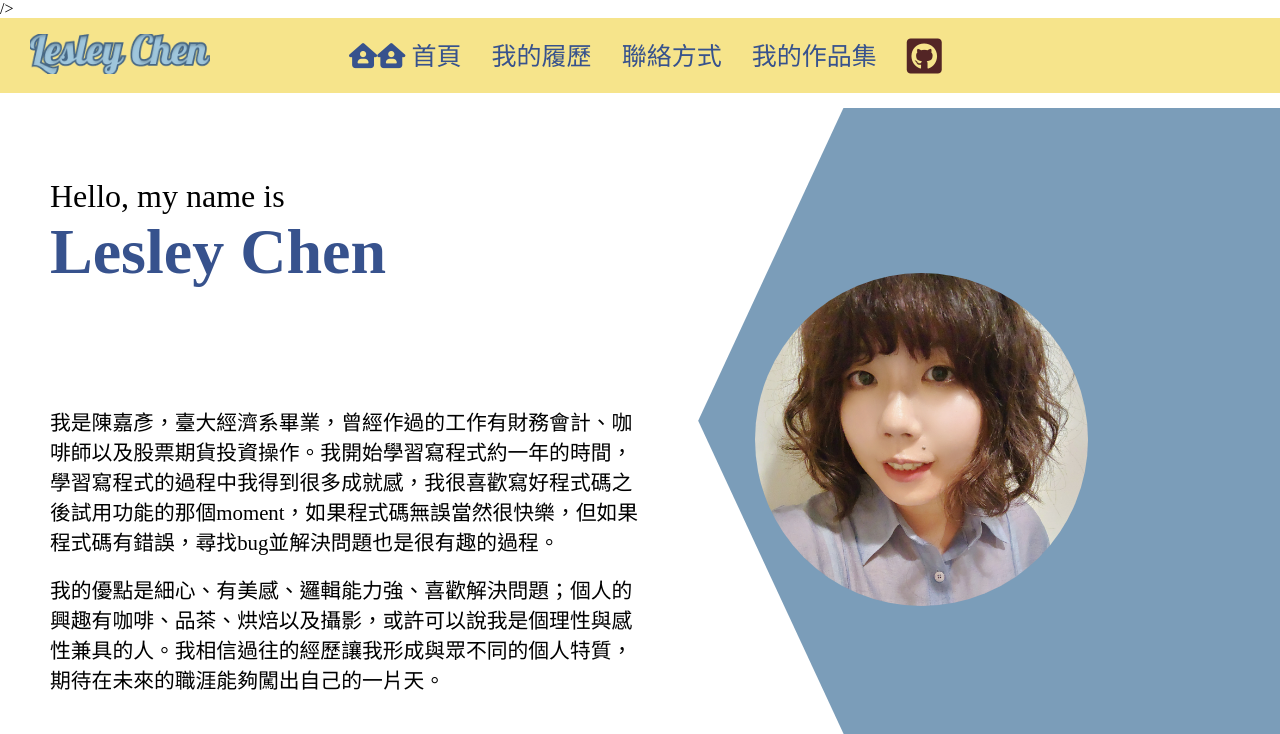
Repository: lcjyc/portfolio-website
Page: /
These files come from the project's save history. The page is drawn as it stood at one moment and after the next save; the edit follows.
The browser window is 1280 px wide. The pictures show the whole page.
Some web libraries are served in a nearby version. The project was rebuilt for these pictures with package versions that can differ from the ones it lists, and the page was loaded fresh each time. Also part of the build but not shown: src/pages/resume/resume.css, src/pages/resume/Resume.jsx, src/pages/contact/contact.css, src/pages/contact/Contact.jsx, src/pages/portfolio/Portfolio.jsx.

Above is the page before, as saved 2022-08-21 16:20:53.

### public/index.html
<!DOCTYPE html>
<html lang="zh-tw">
  <head>
    <meta charset="utf-8" />
    <meta name="viewport" content="width=device-width, initial-scale=1" />
    <meta name="theme-color" content="#000000" />
    <meta
      name="description"
      content="Web site created using create-react-app"
    />
    <link
      href="https://fonts.googleapis.com/css2?family=Josefin+Sans:wght@100;200;300;400;500;600;700&family=Lora:ital@0;1&family=Varela&family=Varela+Round&display=swap"
      rel="stylesheet"
    />
    <link
      rel="stylesheet"
      href="https://cdnjs.cloudflare.com/ajax/libs/font-awesome/6.1.2/css/all.min.css"
      integrity="sha512-1sCRPdkRXhBV2PBLUdRb4tMg1w2YPf37qatUFeS7zlBy7jJI8Lf4VHwWfZZfpXtYSLy85pkm9GaYVYMfw5BC1A=="
      crossorigin="anonymous"
      referrerpolicy="no-referrer"
    />
    />
    <style>
      * {
        margin: 0;
      }
    </style>
    <style>
      .link {
        text-decoration: none;
        color: inherit;
      }
    </style>
    <title>Lesley Chen|Portfolio</title>
  </head>

  <body>
    <noscript>You need to enable JavaScript to run this app.</noscript>
    <div id="root"></div>
  </body>
</html>

### src/App.js
import TopBar from "./components/topbar/TopBar";
import Home from "./pages/home/Home";
import Resume from "./pages/resume/Resume";
import Contact from "./pages/contact/Contact";
import Portfolio from "./pages/portfolio/Portfolio";

import { BrowserRouter as Router, Routes, Route } from "react-router-dom";

function App() {
  return (
    <Router>
      <TopBar />
      <Routes>
        <Route path="/" element={<Home />} />
        <Route path="/resume" element={<Resume />} />
        <Route path="/contact" element={<Contact />} />
        <Route path="/portfolio" element={<Portfolio />} />
      </Routes>
    </Router>
  );
}

export default App;

### src/components/topbar/TopBar.jsx
import { Link } from "react-router-dom";
import lesley from "../../images/lesley.png";
import "./topbar.css";

export default function TopBar() {
  return (
    <div className="top">
      <div className="topLeft">
        <img src={lesley} alt="" className="topImg" />
      </div>

      <div className="topRight">
        <ul className="topList">
          <li className="topListItem">
            <i class="fa-solid fa-house-user"></i>
            <Link className="link" to="/">
              <i class="fa-solid fa-house-user"></i> 首頁
            </Link>
          </li>
          <li className="topListItem">
            <Link className="link" to="/resume">
              我的履歷
            </Link>
          </li>
          <li className="topListItem">
            <Link className="link" to="/contact">
              聯絡方式
            </Link>
          </li>
          <li className="topListItem">
            <Link className="link" to="/portfolio">
              我的作品集
            </Link>
          </li>
          <li>
            <a href="https://github.com/lcjyc/">
              <i className="topIcon fab fa-github-square"></i>
            </a>
          </li>
        </ul>
      </div>
    </div>
  );
}

### src/pages/home/Home.jsx
import "./home.css";
import profilePic from "../../images/profile-pic.jpg";

const Home = () => {
  return (
    <div className="i">
      <div className="i-left">
        <div className="i-left-wrapper">
          <div className="i-name">
            <h2 className="i-intro">Hello, my name is</h2>
            <h1 className="myname">Lesley Chen</h1>
          </div>
          <div className="i-title">
            <div className="i-title-wrapper">
              <div className="i-title-item">Web Developer</div>
              <div className="i-title-item">Front-End Engineer</div>
            </div>
          </div>
          <div className="i-desc">
            <p>
              我是陳嘉彥，臺大經濟系畢業，曾經作過的工作有財務會計、咖啡師以及股票期貨投資操作。我開始學習寫程式約一年的時間，學習寫程式的過程中我得到很多成就感，我很喜歡寫好程式碼之後試用功能的那個moment，如果程式碼無誤當然很快樂，但如果程式碼有錯誤，尋找bug並解決問題也是很有趣的過程。
            </p>
            <br />
            <p>
              我的優點是細心、有美感、邏輯能力強、喜歡解決問題；個人的興趣有咖啡、品茶、烘焙以及攝影，或許可以說我是個理性與感性兼具的人。我相信過往的經歷讓我形成與眾不同的個人特質，期待在未來的職涯能夠闖出自己的一片天。
            </p>
          </div>
        </div>
      </div>
      <div className="i-right">
        <div className="i-bg"></div>
        <img src={profilePic} alt="" className="i-img" />
      </div>
    </div>
  );
};

export default Home;

### src/components/topbar/topbar.css
.top {
  width: 100%;
  height: 6vh;
  background-color: rgba(243, 217, 90, 0.7);
  position: sticky;
  top: 0;
  padding: 1rem 0rem;
  display: flex;
  align-items: center;
  z-index: 999;
}

.topLeft {
  flex: 3;
}

.topImg {
  margin-left: 30px;
  width: 180px;
  height: 40px;
}

.topRight {
  flex: 8;
  display: flex;
}

.topIcon {
  font-size: 40px;
  margin-right: 10px;
  color: rgb(83, 37, 37);
  cursor: pointer;
}

.topList {
  display: flex;
  justify-content: center;
  margin: 0;
  padding: 0;
  list-style: none;
}

.topListItem {
  margin-right: 30px;
  font-size: 25px;
  color: rgb(55, 82, 141);
  cursor: pointer;
}

.topListItem :hover {
  color: white;
}

### src/pages/home/home.css
.i {
  display: flex;
  height: 87vh;
  width: 100%;
  padding-top: 2vh;
}

.i-left {
  flex: 6;
  display: flex;
  justify-content: center;
}

.i-right {
  flex: 5;
  position: relative;
}

.i-left-wrapper {
  padding: 70px 50px 60px 50px;
  height: 50%;
  display: flex;
  flex-direction: column;
  justify-content: space-between;
}

.i-name {
  height: 40%;
}

.i-intro {
  font-size: 2rem;
  font-weight: 300;
}

.myname {
  font-size: 4rem;
  color: rgb(55, 82, 141);
}

.i-title {
  height: 15%;
  flex-shrink: 0;
  overflow: hidden;
  margin-bottom: 30px;
}

.i-title-wrapper {
  height: 100%;
  animation: move 6s ease-in-out infinite alternate;
}

@keyframes move {
  50% {
    transform: translateY(-50px);
  }
  100% {
    transform: translateY(-100px);
  }
}

.i-title-item {
  height: 50px;
  font-size: 30px;
  font-weight: bold;
  color: rgb(48, 83, 46);
  display: flex;
  align-items: center;
}

.i-desc {
  padding-top: 40px;
}

.i-desc > p {
  font-size: 1.3rem;
}

.i-img {
  object-fit: cover;
  position: absolute;
  border-radius: 50%;
  width: 26vw;
  height: 26vw;
  top: 23vh;
  right: 15vw;
}

.i-bg {
  clip-path: polygon(100% 0%, 100% 51%, 100% 100%, 25% 100%, 0% 50%, 25% 0%);
  background-color: rgb(67, 116, 156, 0.7);
  width: 100%;
  height: 100%;
  position: absolute;
  top: 0;
  right: 0;
}

@media screen and (max-width: 480px) {
  .i {
    flex-direction: column;
  }

  .i-left-wrapper {
    padding: 10px;
    align-items: center;
    justify-content: center;
    text-align: center;
    height: 100%;
  }
}

### src/pages/portfolio/portfolio.css
.portfolio {
  display: flex;
  height: 87vh;
  width: 100%;
  padding-top: 3vh;
}

.left,
.right {
  flex: 1;
  padding: 30px;
  display: block;
  text-align: center;
  width: 600px;
}

.link {
  text-decoration: none;
  cursor: pointer;
}

.app {
  color: rgb(39, 138, 184);
  font-size: 30px;
}

.img {
  height: 550px;
  width: 350px;
  display: block;
  margin: auto;
}

.desc {
  width: 400px;
  text-align: start;
  display: block;
  margin: auto;
  font-size: 14px;
  color: #888;
}

Loaded but not shown: src/index.js (common file)

After the next save:
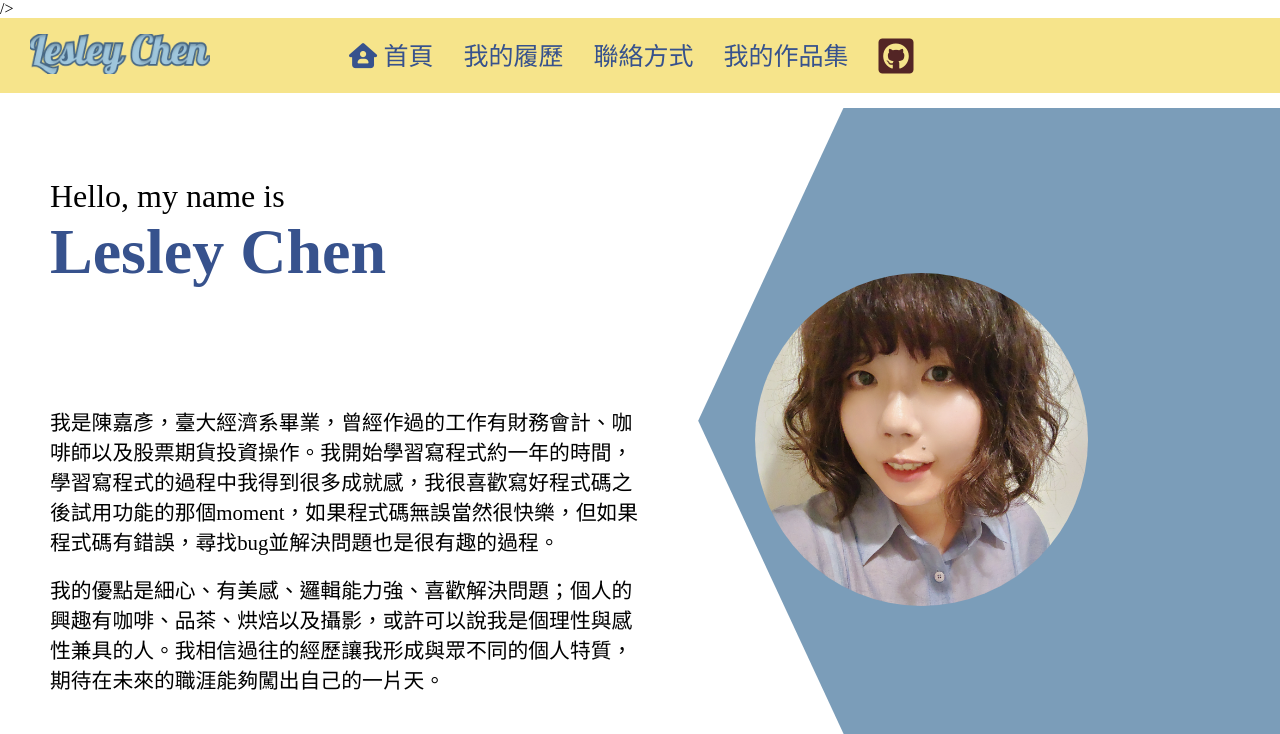
Saved 18 s later.
--- a/src/components/topbar/TopBar.jsx
+++ b/src/components/topbar/TopBar.jsx
@@ -12,7 +12,6 @@ export default function TopBar() {
       <div className="topRight">
         <ul className="topList">
           <li className="topListItem">
-            <i class="fa-solid fa-house-user"></i>
             <Link className="link" to="/">
               <i class="fa-solid fa-house-user"></i> 首頁
             </Link>
